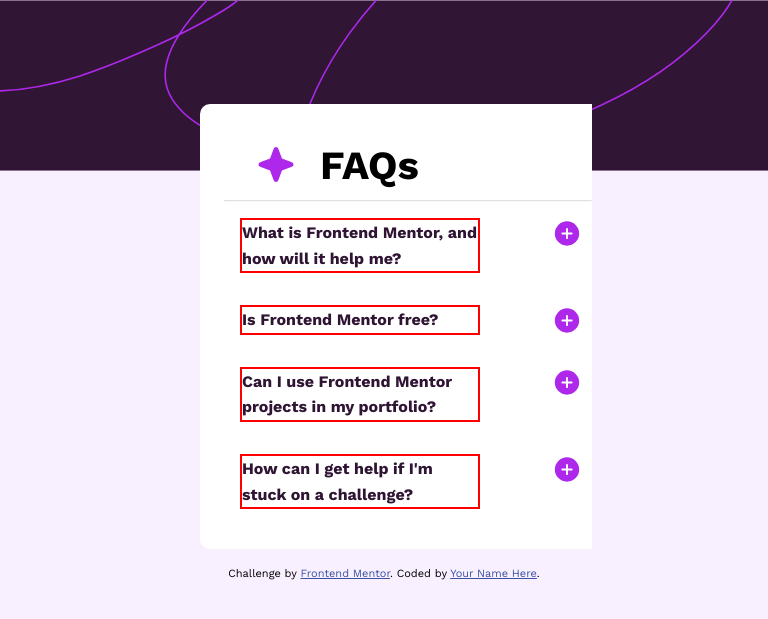
Repository: imokha01/accordion-main
Page: index.html
An editor plug-in stored every save of this project. The page is shown before and after the next save, followed by the edit.
The browser window is 768 px wide. The pictures show the whole page.

Above is the page before, as saved 2023-12-26 11:02:35.

After the next save:
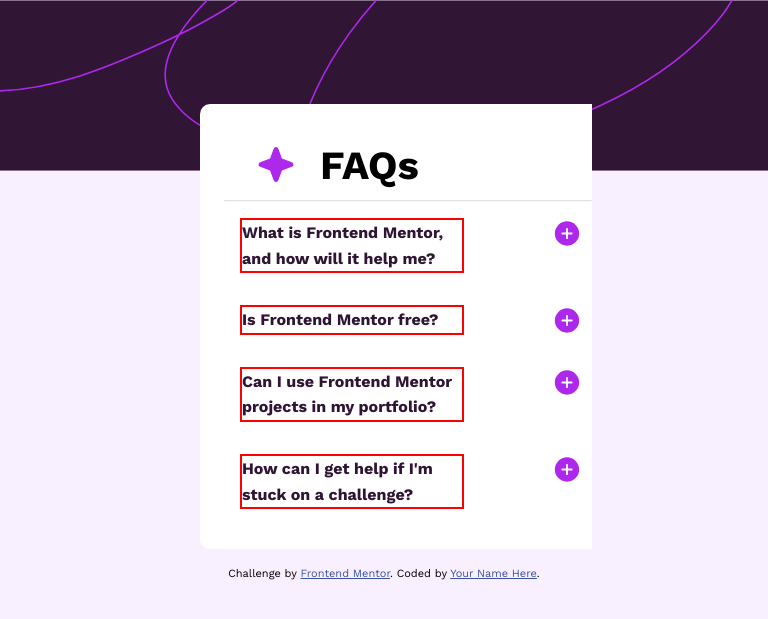
Saved 8 s later.
--- a/index.css
+++ b/index.css
@@ -139,6 +139,6 @@
 
     .title  p{
         border: 2px solid red;
-        width: 15rem;
+        width: 14rem;
     }
 }
